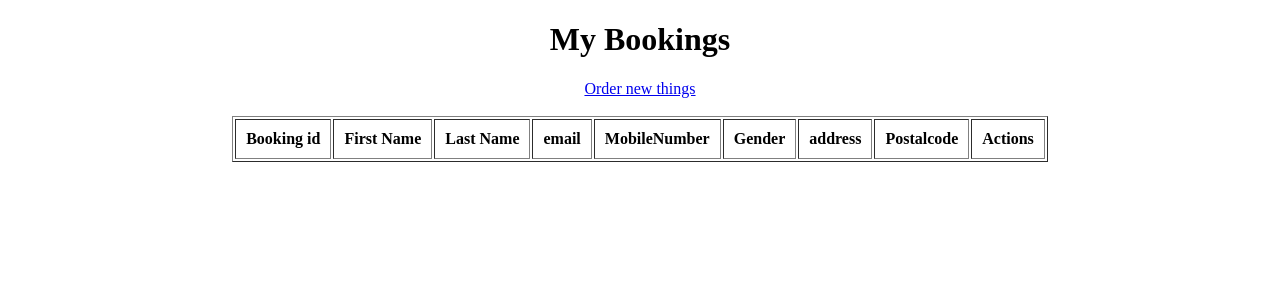
Repository: gousiya669/edubridgeprojects
Page: http://localhost/index
The author's editor kept a copy of each file at every save. The page is drawn from the files as they stood at one save, then again after the next save.
The browser window is 1280 px wide. The pictures show the whole page.
The page is this project's Thymeleaf template; nobody is signed in. The template is opened directly, without the code that normally fills it, so the values that code supplies are empty.

Above is the page before, as saved 2021-10-03 15:15:16.

After the next save:
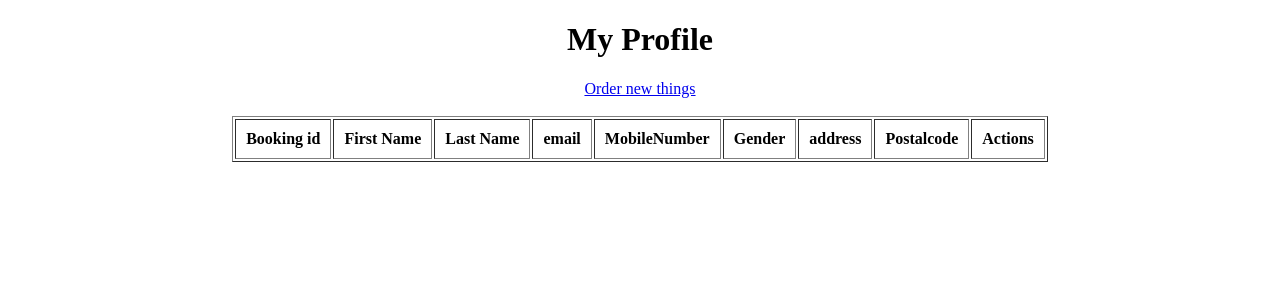
Saved 23 s later.
--- a/java code/eclipse-workspace/shoppingmart/src/main/resources/templates/index.html
+++ b/java code/eclipse-workspace/shoppingmart/src/main/resources/templates/index.html
@@ -7,7 +7,7 @@
 </head>
 <body>
 <div align="center">
-    <h1>My Bookings</h1>
+    <h1>My Profile</h1>
     <a href="/new">Order new things</a>
     <br/><br/>
     <table border="1" cellpadding="10">
